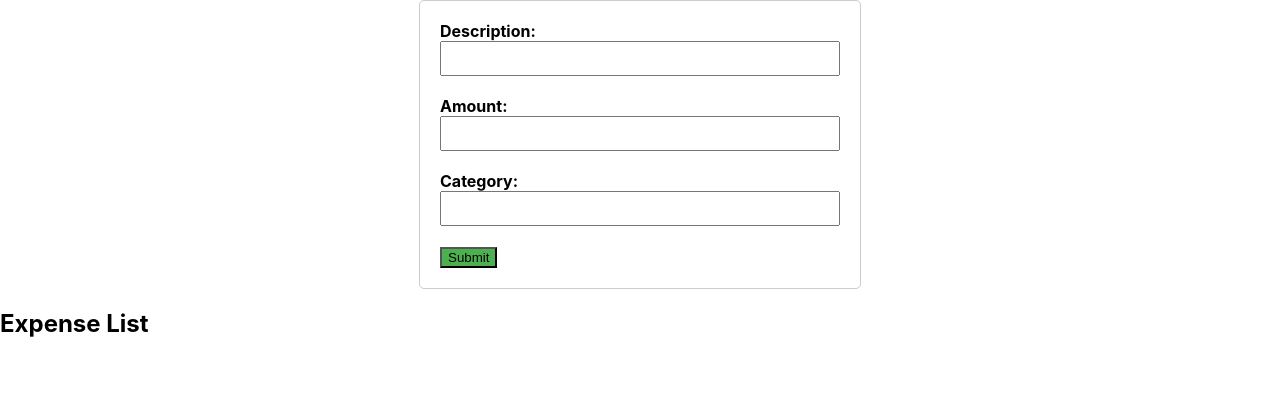
Repository: Victor-MGB/basic-expense-tracker
Page: / (app in expense-tracker/)
An editor plug-in stored every save of this project. The page is shown before and after a run of saves, followed by the edit.
The browser window is 1280 px wide. The pictures show the whole page.
The project was rebuilt for these pictures with package versions that can differ from the ones it lists, and the page was loaded fresh each time. Also part of the build but not shown: expense-tracker/src/component/ExpenseItem.js.

Above is the page before, as saved 2023-12-10 22:45:35.

After the next 2 saves:
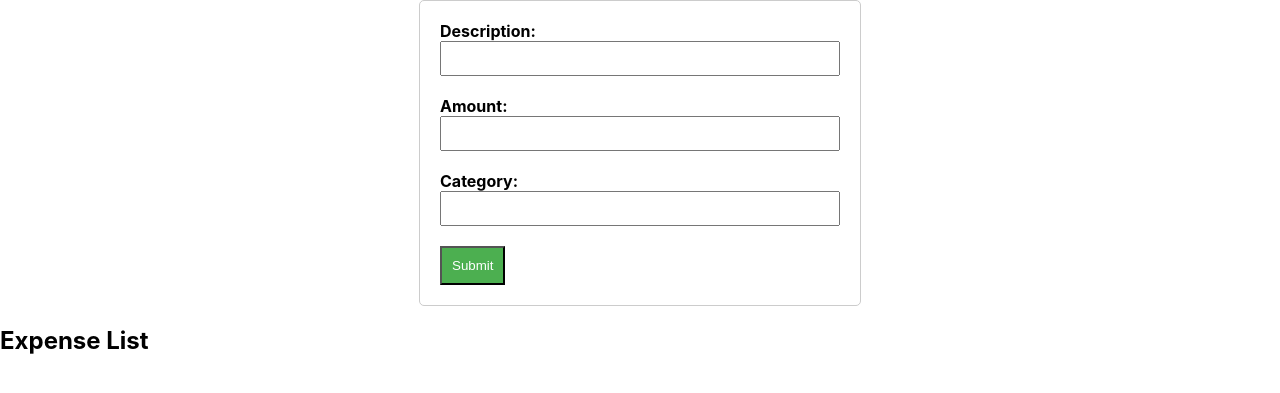
The 2 saves are shown as one change because they came seconds apart.
The last was saved 9 s later.
--- a/expense-tracker/src/component/ExpenseForm.js
+++ b/expense-tracker/src/component/ExpenseForm.js
@@ -63,7 +63,8 @@ export function ExpenseForm({onAddExpense}) {
 
     const submitButtonStyle ={
         backgroundColor:'#4CAF50',
-        color:''
+        color:'white',
+        padding:'10px'
     }
 
     return (
